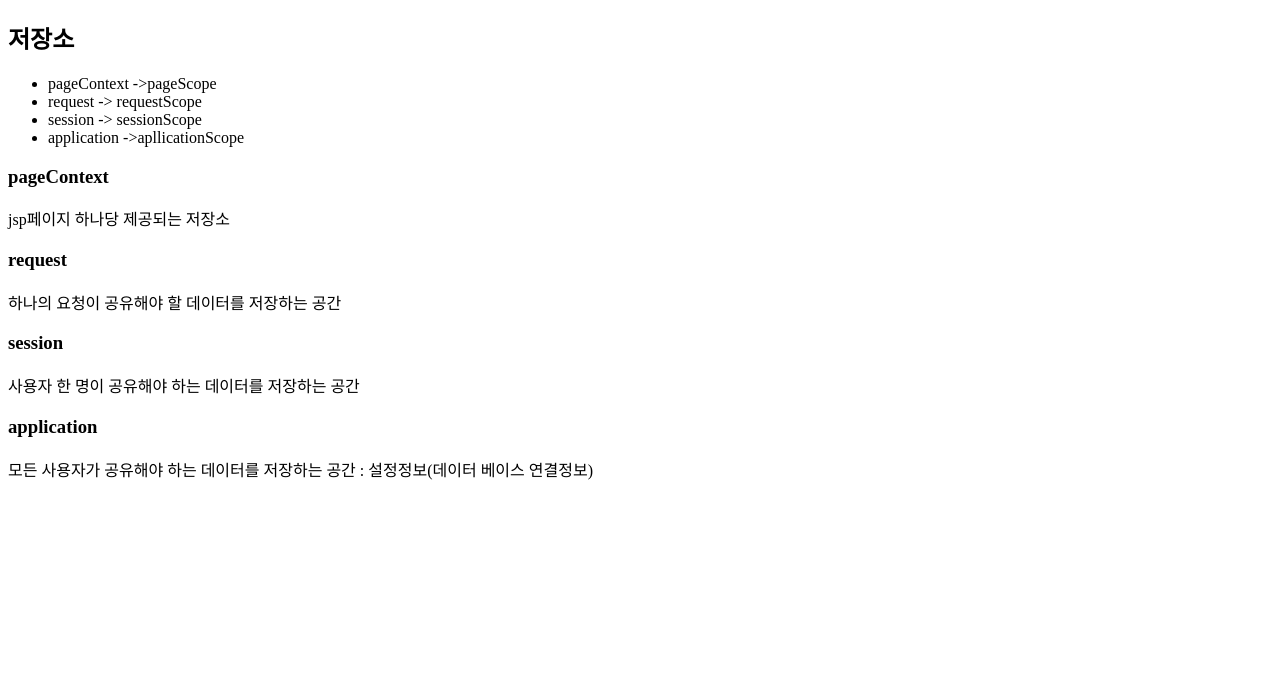
Repository: nobley3/EclipseIDE
Page: http://localhost/ELprj0908/el2
The author's editor kept a copy of each file at every save. The page is drawn from the files as they stood at one save, then again after the next save.
The browser window is 1280 px wide. The pictures show the whole page.
The page is served by Tomcat 9. Other server files are loaded and not shown.

Above is the page before, as saved 2023-09-08 01:22:26.

### ELprj0908/src/main/webapp/WEB-INF/views/el2.jsp
<%@ page language="java" contentType="text/html; charset=UTF-8"
    pageEncoding="UTF-8"%>
<!DOCTYPE html>
<html>
<head>
<meta charset="UTF-8">
<title>Insert title here</title>
</head>
<body>
<h2>저장소</h2>
<ul>
<li>pageContext ->pageScope</li> <!-- set Attribute 이후 -->
<li>request -> requestScope</li>
<li>session -> sessionScope</li>
<li>application ->apllicationScope</li>
</ul>

<h3>pageContext</h3>
<p>jsp페이지 하나당 제공되는 저장소</p>

<h3>request</h3>
<p>하나의 요청이 공유해야 할 데이터를 저장하는 공간</p>

<h3>session</h3>
<p>사용자 한 명이 공유해야 하는 데이터를 저장하는 공간</p>

<h3>application</h3>
<p>모든 사용자가 공유해야 하는 데이터를 저장하는 공간 : 설정정보(데이터 베이스 연결정보)</p>


</body>
</html>

### ELprj0908/src/main/java/elprj/EL2.java
package elprj;

import java.io.IOException;

import javax.servlet.ServletException;
import javax.servlet.annotation.WebServlet;
import javax.servlet.http.HttpServlet;
import javax.servlet.http.HttpServletRequest;
import javax.servlet.http.HttpServletResponse;

@WebServlet("/el2")
public class EL2 extends HttpServlet {
	@Override
	protected void doGet(HttpServletRequest req, HttpServletResponse resp) throws ServletException, IOException {


		req.getRequestDispatcher("WEB-INF/views/el2.jsp").forward(req, resp);
	}
}

After the next save:
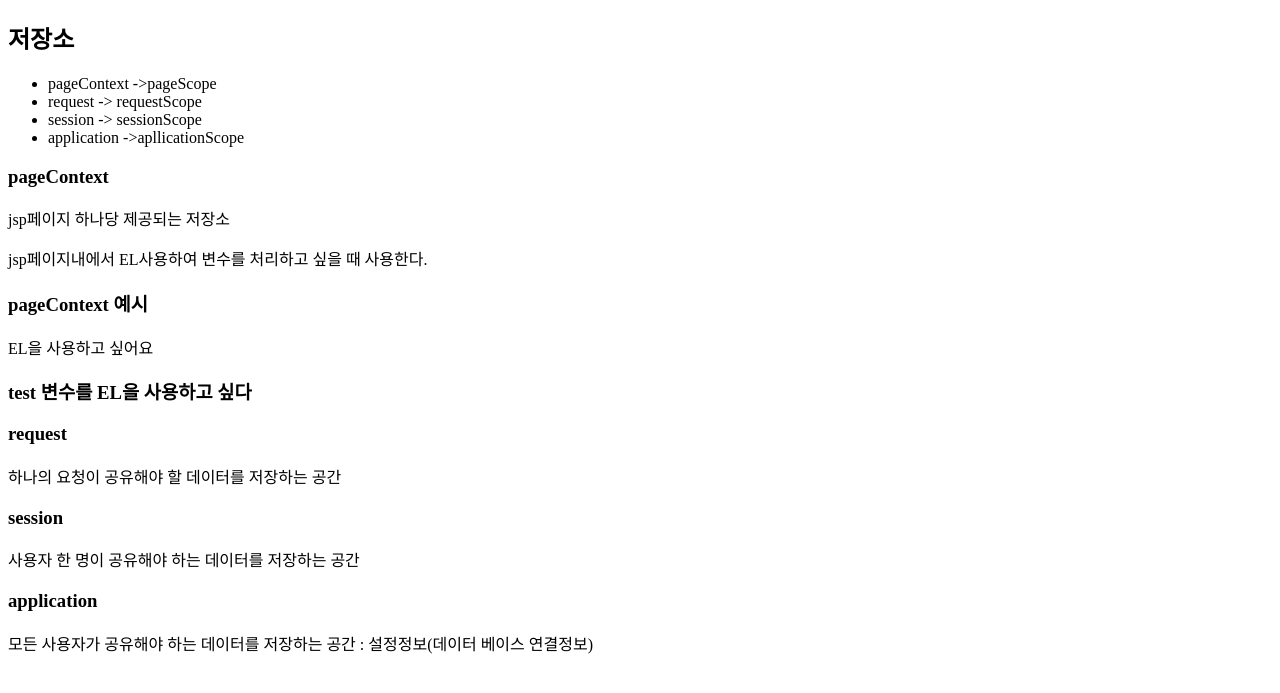
Saved 2 min 54 s later.
--- a/ELprj0908/src/main/webapp/WEB-INF/views/el2.jsp
+++ b/ELprj0908/src/main/webapp/WEB-INF/views/el2.jsp
@@ -17,6 +17,13 @@
 
 <h3>pageContext</h3>
 <p>jsp페이지 하나당 제공되는 저장소</p>
+<p>jsp페이지내에서 EL사용하여 변수를 처리하고 싶을 때 사용한다.</p>
+
+<h3>pageContext 예시</h3>
+<%String test="EL을 사용하고 싶어요"; %>
+<%=test %>
+<h3>test 변수를 EL을 사용하고 싶다</h3>
+${test}
 
 <h3>request</h3>
 <p>하나의 요청이 공유해야 할 데이터를 저장하는 공간</p>
@@ -28,5 +35,6 @@
 <p>모든 사용자가 공유해야 하는 데이터를 저장하는 공간 : 설정정보(데이터 베이스 연결정보)</p>
 
 
+
 </body>
 </html>
